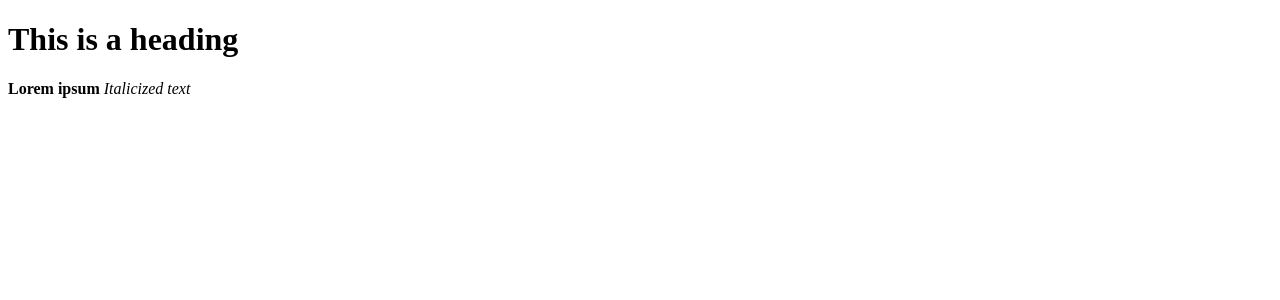
Repository: j0vesday/git_test
Page: html-boilerplate/index.html
The author's editor kept a copy of each file at every save. The page is drawn from the files as they stood at one save, then again after the next save.
The browser window is 1280 px wide. The pictures show the whole page.

Above is the page before, as saved 2024-09-25 01:25:34.

### html-boilerplate/index.html
<!DOCTYPE html>
<html lang="en">
<head>
    <meta charset="UTF-8">
    <meta name="viewport" content="width=device-width, initial-scale=1.0">
    <title>Document</title>
</head>
<body>
    <h1> This is a heading </h1>
    <strong> Lorem ipsum</strong>
    <em>Italicized text</em>
<!--This is a comment-->
</body>
</html>

After the next save:
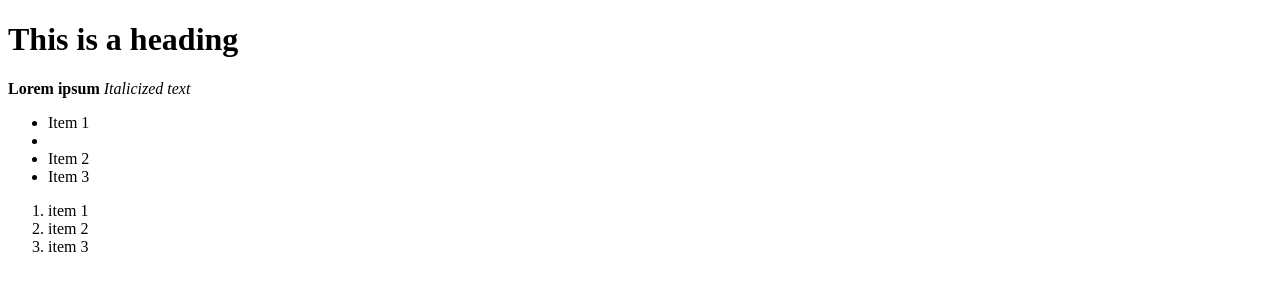
Saved 13 min 20 s later.
--- a/html-boilerplate/index.html
+++ b/html-boilerplate/index.html
@@ -10,5 +10,15 @@
     <strong> Lorem ipsum</strong>
     <em>Italicized text</em>
 <!--This is a comment-->
+<ul>
+    <li>Item 1<li>
+    <li>Item 2</li>
+    <li>Item 3</li>
+</ul>
+<ol>
+    <li>item 1</li>
+    <li>item 2</li>
+    <li>item 3</li>
+</ol>
 </body>
 </html>
